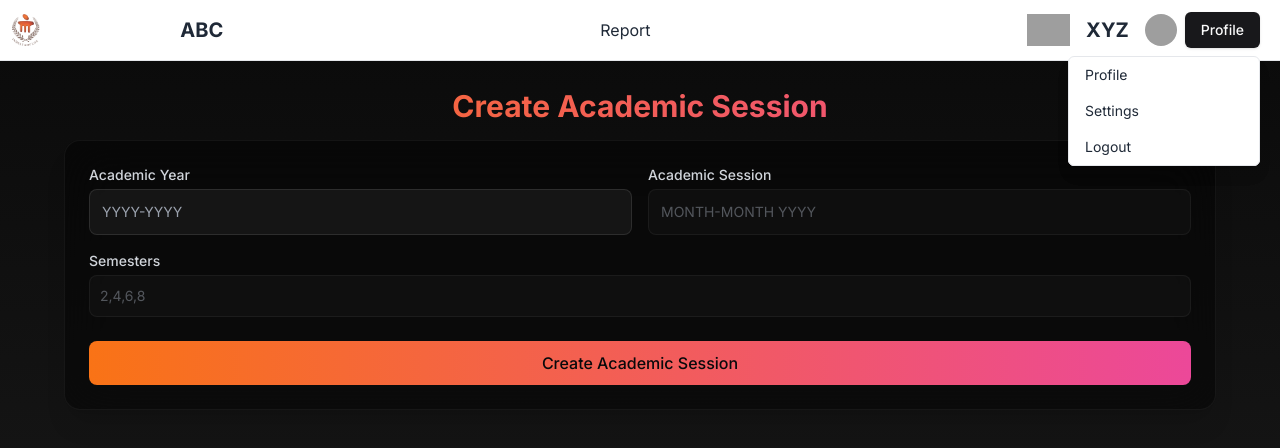
Repository: gauravbhindwar/mentorlink
Page: /pages/admin/createacademicsession
These files come from the project's save history. The page is drawn as it stood at one moment and after a run of saves; the edit follows.
The browser window is 1280 px wide. The pictures show the whole page.
Pictures or frames that could not be fetched are drawn as grey boxes. The project was rebuilt for these pictures with package versions that can differ from the ones it lists, and the page was loaded fresh each time. The framework's server and built-in components were replaced by stand-ins that run in the browser. Also part of the build but not shown: next.config.js, next.config.ts.

Above is the page before, as saved 2024-11-06 16:15:46.

After the next 2 saves:
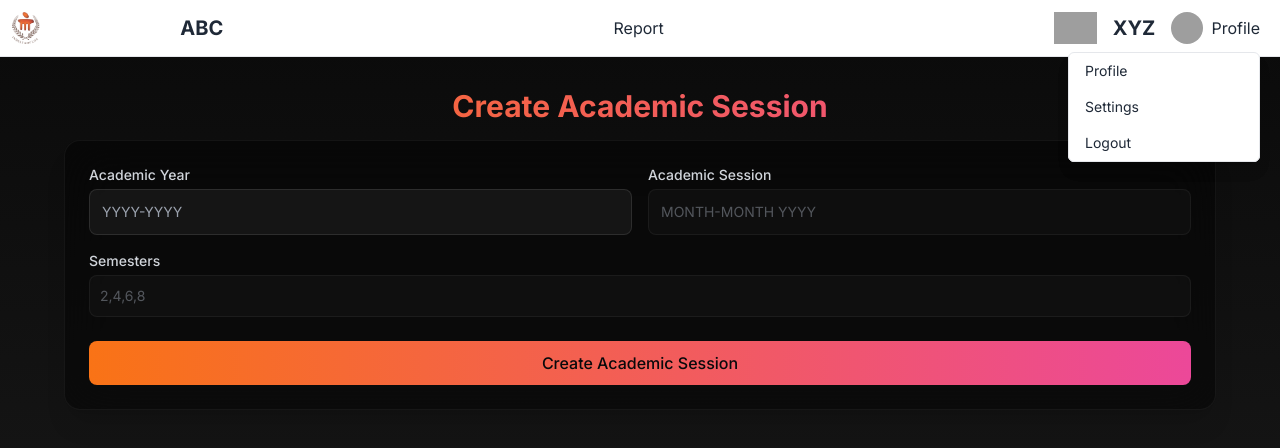
The 2 saves are shown as one change because 1 did not build or start.
The last was saved 3 min 49 s later.
--- a/src/components/subComponents/Navbar.jsx
+++ b/src/components/subComponents/Navbar.jsx
@@ -1,8 +1,13 @@
-import React from 'react'
+import React, { useState } from 'react'
 import Image from 'next/image'
-import { Button } from '@/components/ui/button'
+// import { Button } from '@/components/ui/button'
 
 const Navbar = () => {
+    const [dropdownVisible, setDropdownVisible] = useState(false)
+
+    const toggleDropdown = () => {
+        setDropdownVisible(!dropdownVisible)
+    }
     return (
         <>
             <nav className="fixed top-0 z-50 w-full bg-white border-b border-gray-200 dark:bg-gray-800 dark:border-gray-700">
@@ -24,9 +29,9 @@ const Navbar = () => {
                             <Image src="/path/to/sdc-logo.png" alt="SDC Logo" className="h-8 w-auto" width={32} height={32} />
                             <span className="ml-2 text-xl font-bold text-gray-800 dark:text-white">XYZ</span>
                             <div className="relative">
-                                <button className="flex items-center text-gray-800 dark:text-white focus:outline-none">
+                                <button onClick={toggleDropdown} className="flex items-center text-gray-800 dark:text-white focus:outline-none">
                                     <Image src="/path/to/profile-pic.jpg" alt="Profile" className="h-8 w-8 rounded-full" width={32} height={32} />
-                                    <Button className="ml-2">Profile</Button>
+                                    <span className="ml-2">Profile</span>
                                 </button>
                                 {/* Dropdown Menu */}
                                 <div className="absolute right-0 mt-2 w-48 bg-white border border-gray-200 rounded-md shadow-lg dark:bg-gray-800 dark:border-gray-700">
